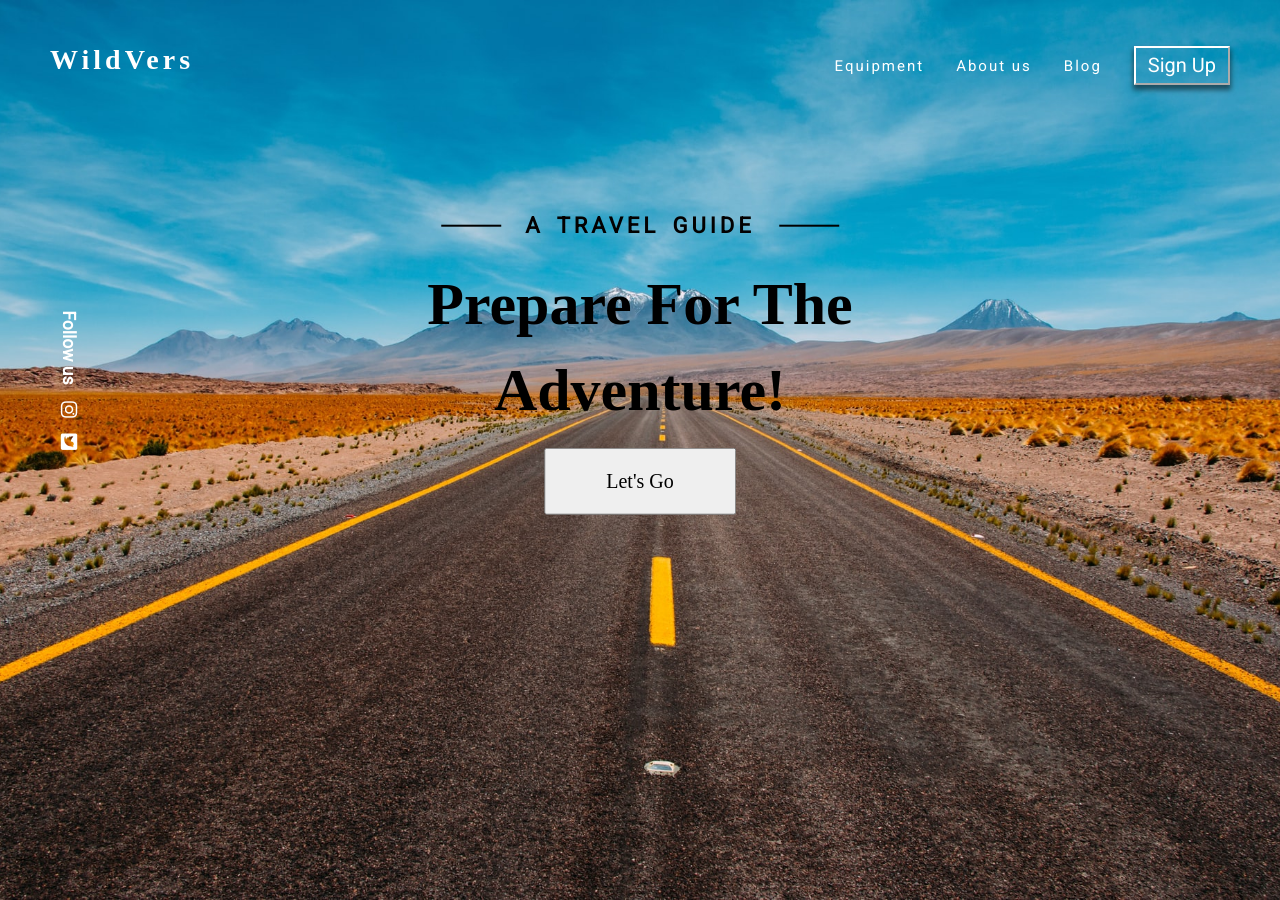
Repository: Hunga9k50doker/wildver-travel
Page: src/index.html
The author's editor kept a copy of each file at every save. The page is drawn from the files as they stood at one save, then again after a run of saves.
The browser window is 1280 px wide. The pictures show the whole page.
Some web fonts or font styles are not loaded; a fallback is used. The style sheet was rebuilt from its Sass, Less or Tailwind sources for each picture, by a compiler version that may differ from the author's.

Above is the page before, as saved 2021-08-26 00:34:03.

After the next 6 saves:
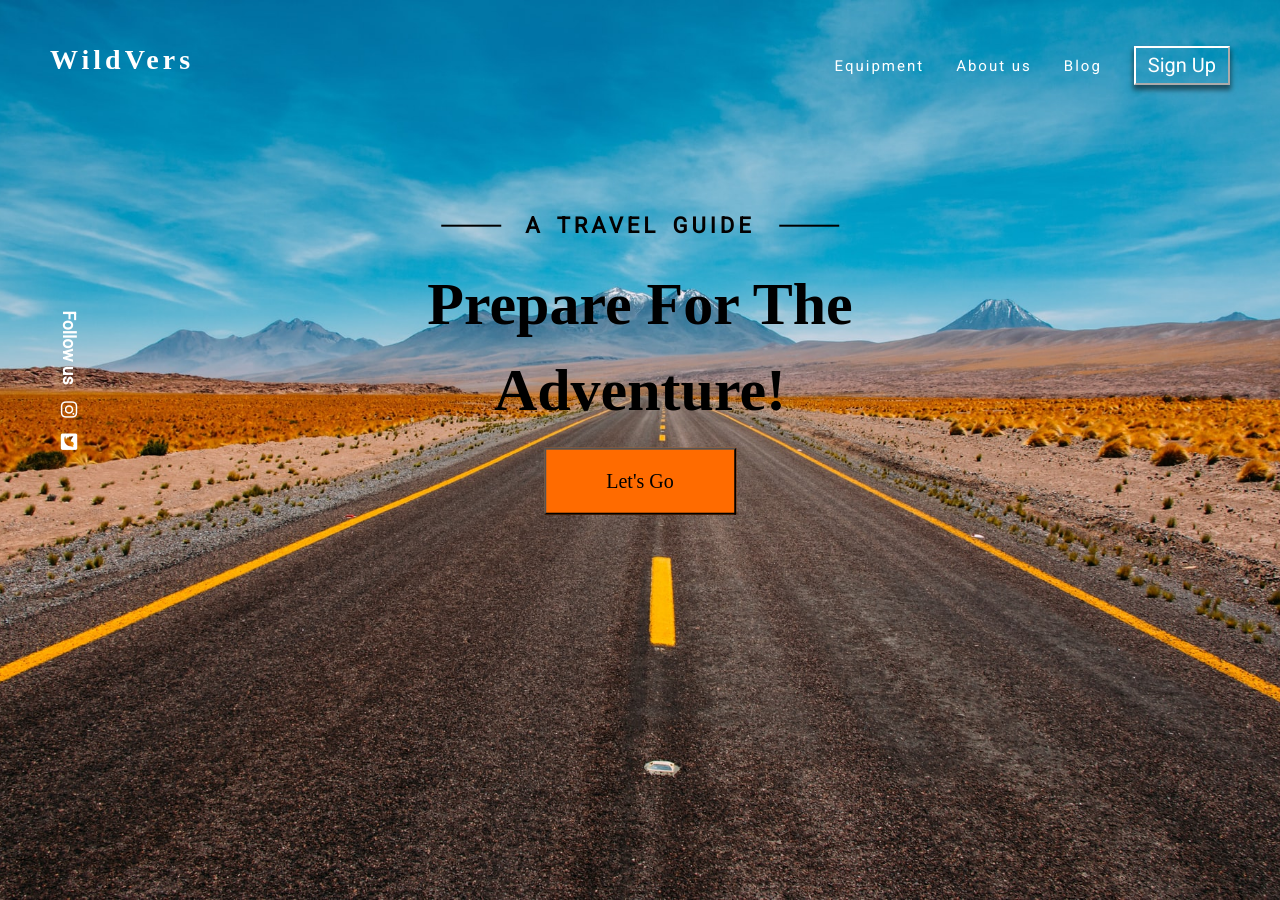
The 6 saves are shown as one change because 1 did not build or start and some came seconds apart.
The last was saved 20 s later.
--- a/src/resources/scss/header.scss
+++ b/src/resources/scss/header.scss
@@ -149,6 +149,9 @@
             button{
                padding:2rem 6rem;
                font-family: 'Besley', serif;
+               font-weight: 500;
+               background: $orange-color;
+
             }
         }
     }
